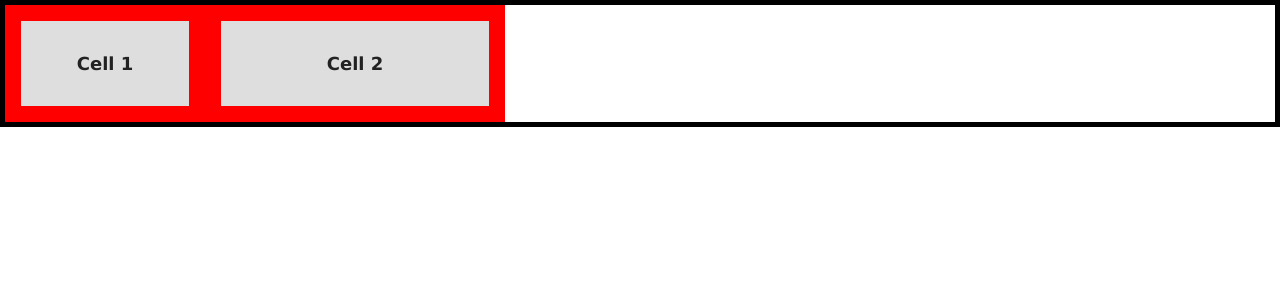
Repository: Ndifoinhilary/css_grid
Page: css-grid-learn/index.html
The author's editor kept a copy of each file at every save. The page is drawn from the files as they stood at one save, then again after the next save.
The browser window is 1280 px wide. The pictures show the whole page.

Above is the page before, as saved 2024-01-24 12:09:31.

### css-grid-learn/index.html
<!DOCTYPE html>
<html lang="en">
<head>
    <meta charset="UTF-8">
    <meta name="viewport" content="width=device-width, initial-scale=1.0">
    <title>Css grid</title>
    <link rel="stylesheet" href="/css-grid-learn/main.css">
</head>
<body>
    <div class="container">
        <div class="cell">cell 1</div>
        <div class="cell">cell 2</div>
    </div>
</body>
</html>

### css-grid-learn/main.css
*{
    margin: 0;
    padding: 0;
    box-sizing: border-box;
}

body{
    font-family: Verdana, Geneva, Tahoma, sans-serif;
    color: #222;
}

.container{
    border: 5px solid black;
}

.cell{
    background: #dedede;
    text-transform: capitalize;
    text-align: center;
    font-weight: bold;
    padding: 2rem;
    font-size: large;
    border:1rem solid red;
}

.container{
    display: grid;
    grid-template-columns: 200px 300px;
}

After the next save:
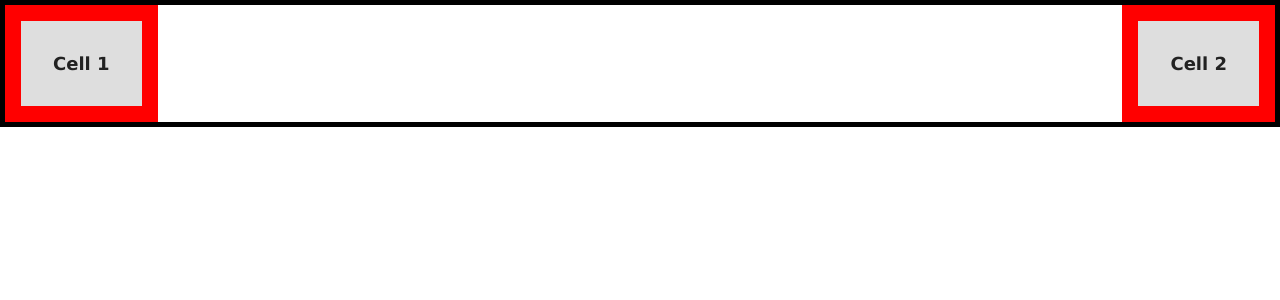
Saved 18 min 39 s later.
--- a/css-grid-learn/main.css
+++ b/css-grid-learn/main.css
@@ -23,7 +23,13 @@ body{
     border:1rem solid red;
 }
 
-.container{
+/* .container{
     display: grid;
     grid-template-columns: 200px 300px;
+} */
+
+
+.container{
+    display: flex;
+    justify-content: space-between;
 }
